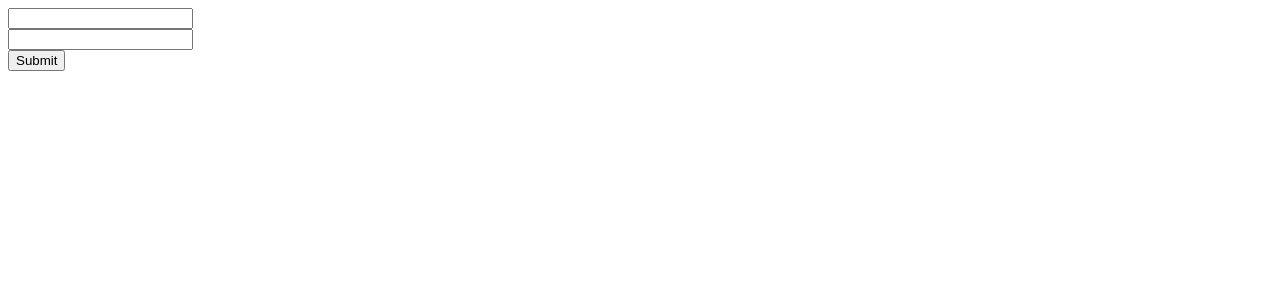
Repository: PhoenixxSC/sherlockholmessystems
Page: http://localhost/MVC/mvcWebContent/login.jsp
An editor plug-in stored every save of this project. The page is shown before and after the next save, followed by the edit.
The browser window is 1280 px wide. The pictures show the whole page.
The page is served by Tomcat 9.

Above is the page before, as saved 2012-10-28 18:19:12.

After the next save:
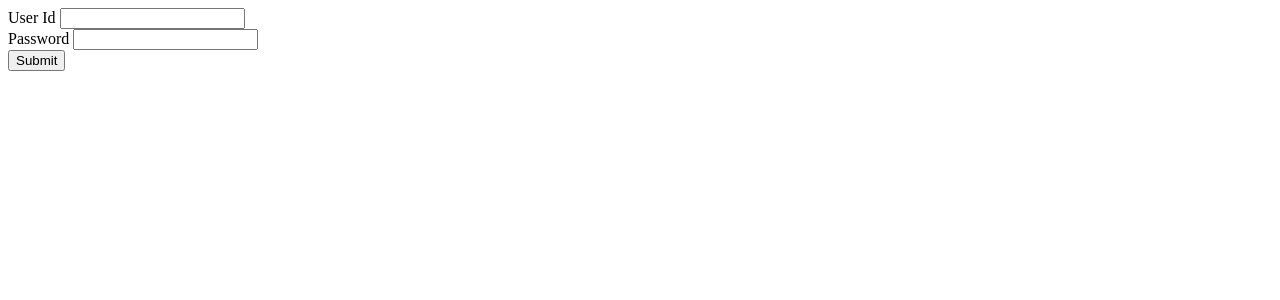
Saved 77 s later.
--- a/entwicklung/workspace/MVC/mvcWebContent/login.jsp
+++ b/entwicklung/workspace/MVC/mvcWebContent/login.jsp
@@ -8,8 +8,8 @@
 </head>
 <body>
 	<form action="" method="post">
-		<input type="text" name="userid"/><br/>
-		<input type="password" name="password"/><br/>
+		User Id <input type="text" name="userid"/><br/>
+		Password <input type="password" name="password"/><br/>
 		<input type="submit"/>
 	</form>
 </body>
